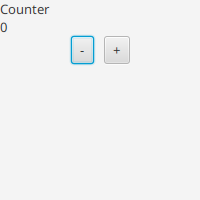
Repository: angelalvess/java-fx
Program's window: java javafx/src/counter/Contador.java
These files come from the project's save history. The program's window is drawn as it stood at one moment and after the next save; the edit follows.
It runs on Java 21 on a 1366 x 768 screen with JavaFX 11; the title bar is not drawn.

Above is the program's window before, as saved 2025-02-03 06:43:50.

After the next save:
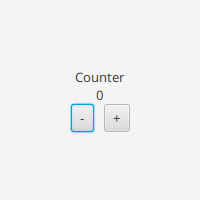
Saved 42 s later.
--- a/javafx/src/counter/Contador.java
+++ b/javafx/src/counter/Contador.java
@@ -37,6 +37,7 @@
 		vBox.getChildren().add(labelNumber);
 
 		vBox.getChildren().add(hBox);
+		vBox.setAlignment(Pos.CENTER);
 
 		Scene sceneOneScene = new Scene(vBox, 200, 200);
 
